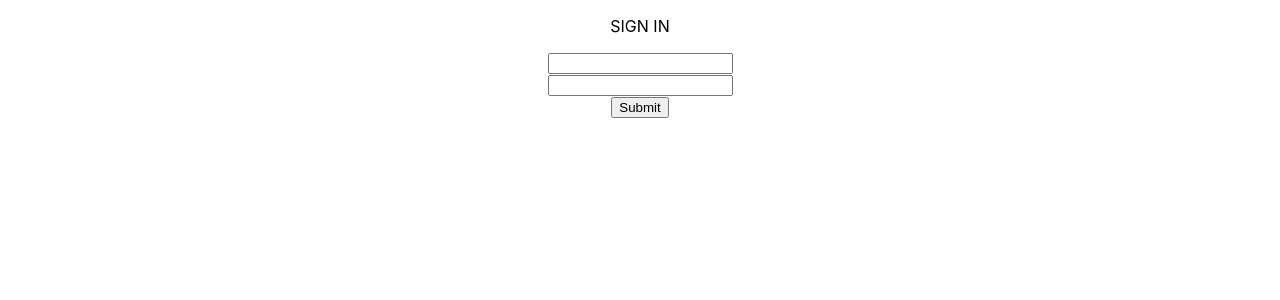
Repository: PreetiToppo/networking
Page: /
These files come from the project's save history. The page is drawn as it stood at one moment and after the next save; the edit follows.
The browser window is 1280 px wide. The pictures show the whole page.
The project was rebuilt for these pictures with package versions that can differ from the ones it lists, and the page was loaded fresh each time. Also part of the build but not shown: src/App.css.

Above is the page before, as saved 2023-01-21 19:32:35.

After the next save:
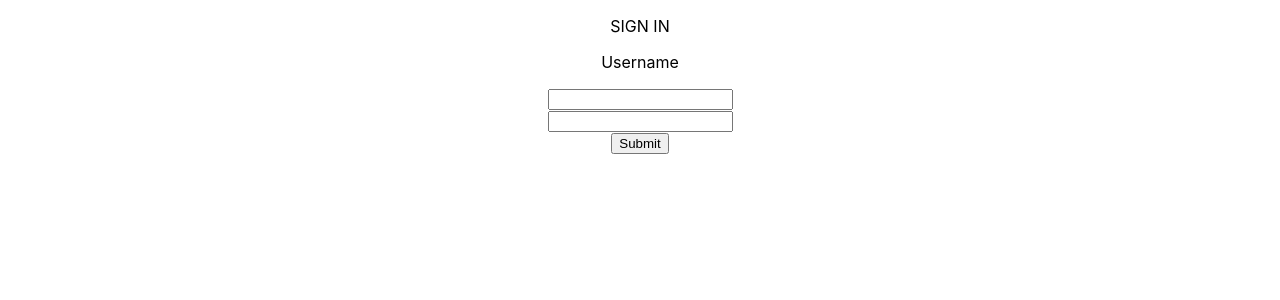
Saved 2 min 36 s later.
--- a/src/App.js
+++ b/src/App.js
@@ -20,9 +20,12 @@ const submitHandler = e => {
   return (
     <div>
       <center>
-        <p>SIGN IN</p>
+      <p>SIGN IN</p>
       <form onSubmit={submitHandler}>
+      <div className="name">
+      <p>Username</p>
       <input type="text" name="username" value={username} onChange={changeHandler}/><br/>
+      </div>
       <input type="password" name="password" value={password} onChange={changeHandler}/><br/>
       <input type="submit" name="submit"/>
       </form>
